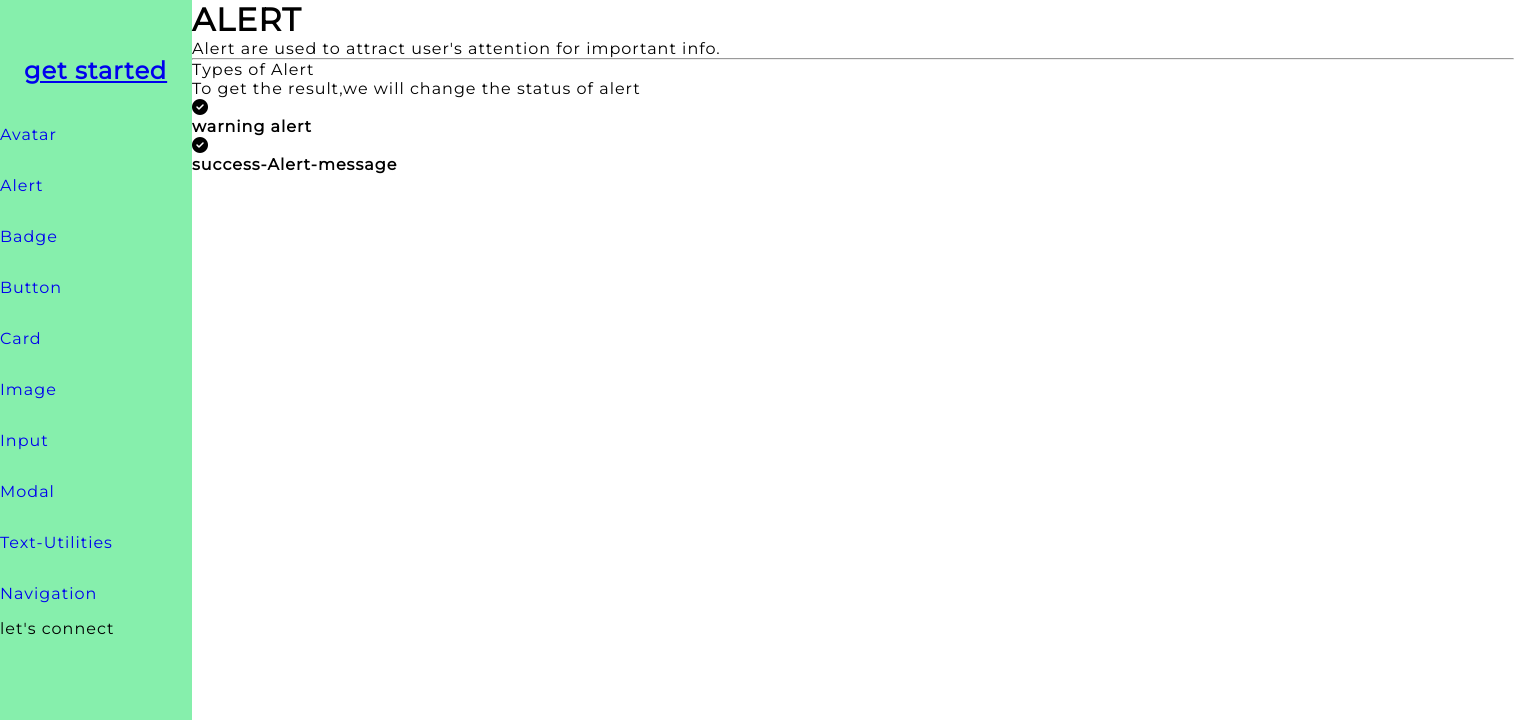
Repository: Anasooya2601/Components_UI
Page: components/Alert/Alert.html
The author's editor kept a copy of each file at every save. The page is drawn from the files as they stood at one save, then again after the next save.
The browser window is 1280 px wide. The page is 1514 px wide, so the pictures cover 1514 px, including what lies to the right of the window. The pictures show the whole page.
Some web libraries are served in a nearby version.

Above is the page before, as saved 2022-02-12 10:38:16.
Not found: components/
Not found: components/Avatar/index.css

### components/Alert/Alert.html
<!DOCTYPE html>
<html lang="en">
<head>
    <meta charset="UTF-8">
    <meta http-equiv="X-UA-Compatible" content="IE=edge">
    <meta name="viewport" content="width=device-width, initial-scale=1.0">
    <title>Alert</title>
    <link rel="stylesheet" href="/main/main.css">
    <link rel="stylesheet" href="../comp.css">
    <link rel="stylesheet" href="https://cdnjs.cloudflare.com/ajax/libs/font-awesome/4.7.0/css/font-awesome.min.css">
    <script src="https://kit.fontawesome.com/e70e2d0aa4.js" crossorigin="anonymous"></script>
</head>
<body><!-- main -->
    <div class="main-container">
        <div class="navbar-wrapper">

            <div class="nav">
                <div class="navbar-header">
                <div class="logo">
                    <a href="/index.html"></a>
                 </div>
                </div>
            </div>

        <!-- topics -->
        <a href="/main/main.html" class="text">get started</a>
        <div class="navbar-main">
            <a href="/components/Avatar/index.html">Avatar</a>
            <a href="/components/Alert/alert.html">Alert</a>
            <a href="/components/Badge/badge.html">Badge</a>
            <a href="/components/Button/button.html">Button</a>
             <a href="/components/Card/card.html">Card</a>
             <a href="/components/Image/image.html">Image</a>
             <a href="/components/Input/input.html">Input</a>
            <a href="/components/Modal/modal">Modal</a>
            <a href="/components//TextUtilities/textutilities">Text-Utilities</a>
            <a href="/components/Navigation/navigation">Navigation</a>
        </div>
        <!-- footer -->
        <div class="footer">
            <div class="footer-text">
                <p>let's connect</p>
            </div>
        </div>
        </div>

  <!-- Alert component -->
    <div class="header">
        <div class="section-header">
            <div>
                <h1 class="text-header">ALERT</h1>
                    <p class="para">
                       Alert are used to attract user's attention for important info.
                    </p>
              <hr>

            </div>
        </div>
        <div class="section-main">

<div class="alert-info">Types of Alert
<p>To get the result,we will change the status of alert</p>
<div class="alert_main">
    <div class="alert alert-warning">
        <div class="alert-warning">
            <i class="fas fa-check-circle"></i>
            <h4>warning alert </h4>
        </div>
    </div>
    <div class="alert alert-success">
        <div class="alert-message">
            <i class="fas fa-check-circle"></i>
            <h4>success-Alert-message</h4>
        </div>
    </div>
            </div>
        </div>
    </div>
</div>
</body>
</html>

### main/main.css
@import url('https://fonts.googleapis.com/css2?family=Montserrat&display=swap');
*{
    margin: 0;
    padding: 0;
    box-sizing: border-box;
}

body{
    letter-spacing: 1px;
}

/* color variable */
:root{
    font-family: 'Montserrat', sans-serif;
    font-weight: 400;
    --main-color:#fca5a5;
    --green:#86efac;
}

/* logo */
.logo{
    display: flex;
    justify-content: center;
}

.logo a{
    color: var(--main-color);
    font-size: 2.5rem;
    display: flex;
    align-items: flex-end;
}




.main-container{
    display: flex;
}

.text{
    font-size: 1.5rem;
    margin: 1.5rem;
    font-weight: bold;
}
/* navbar */
.navbar-wrapper{
    width: 15%;
    height: 100vh;
    font-size: 1rem;
    flex-direction: column;
    overflow-y: scroll;
display: flex;
flex-shrink: 0;
background-color: var(--green);
}
.nav{
    display: flex;
    flex-direction: column;
}
.navbar-main{
    display: flex;
    flex-direction: column;
}
.navbar-main a{
  border-radius: 40px;
  padding: 1rem 0rem 1rem 0rem;
  letter-spacing: 1px;
  transition: 0.3s all ease-in-out;
  text-decoration: none;
}
.navbar-header{
    border-bottom: var(--main-color);
    padding: 1rem;
}
hr{
    width:250%;
    text-align:left;
    margin-left:0;
    }

### components/comp.css
@import "./Alert/alert.css";
@import "./Avatar/index.css";
@import "./Button/button.css";
@import "../main/main.css";
@import"./";
@import"./";
@import"./";
@import"";
@import"";

### components/Button/button.css
@import url('https://fonts.googleapis.com/css2?family=Montserrat:ital@1&family=Roboto:ital,wght@0,400;1,300&family=Space+Grotesk:wght@700&display=swap');
.main-text{
    margin: 2rem 0;
}

.btn-container{
display: flex;
flex-wrap: wrap;
margin-top: 1.5rem;
gap: 1rem;
align-items: center;


}

.btn {
border:none;
background-color: none;
outline: none;
padding: 0.5rem 1rem;
border: 5px;
border-radius: 5px;
font-size: 1.1rem;
cursor: pointer;
color: #0e9aeb;
font-family: 'Gill Sans', 'Gill Sans MT', Calibri, 'Trebuchet MS', sans-serif;
}

.primary{
    background-color:#fbbf24 ;

}
.secondary{
    background-color: #fca5a5;
}
.danger{
    background-color: #bef264;
}
.success{
    background-color: #0369a1;
}
.warning{
    background-color: #ded48f;
}

/* outlined-button */
.outlined-sub{
    margin-top: 1.5rem;
}
.outlined-btn{
border-radius: 8px;
font-size: 1.1rem;
letter-spacing: 1px;
color:#0369a1;
background-color: white;
cursor: pointer;
padding: 0.5rem;
gap: 1rem;
}
.outlined-primary{
    border: 0.5px solid #0369a1;
}
.outlined-secondary{
    border: 0.5px solid #0369a1;
}
.outlined-warning{
    border: 0.5px solid #0369a1;
}
.outlined-attention{
    border: 0.5px solid #0369a1;
}
.btn-icon{
background-color: white;
cursor: pointer;
}
/* icon-btn */


/* floating-btn */
.btn-float{
    color: white;
    background-color: #0e9aeb;
    padding: 0.6rem 1rem;
    box-shadow: #ded48f 0px 8px 16px;
}

Loaded but not shown: components/Alert/Alert.css (no stored copy; drawn as an empty file)

After the next save:
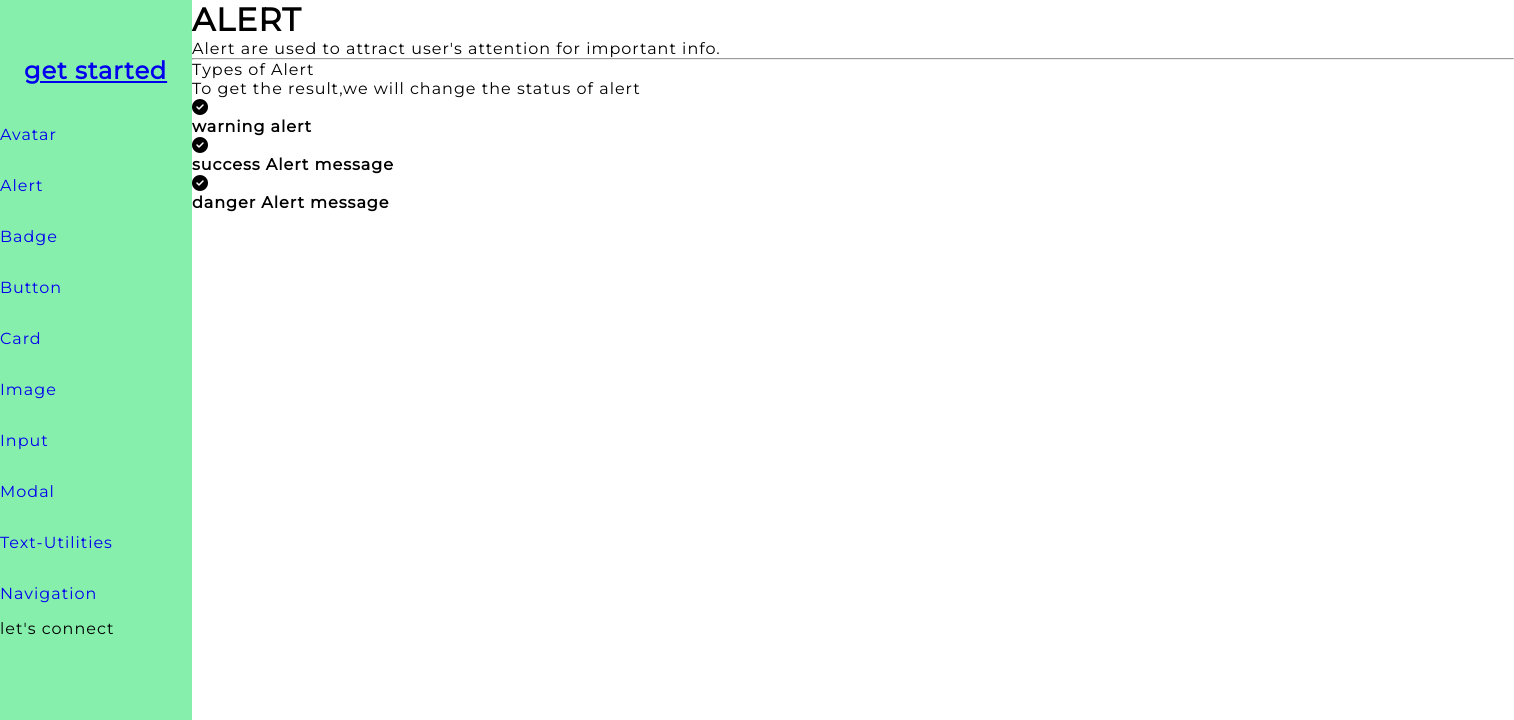
Saved 38 s later.
--- a/components/Alert/Alert.html
+++ b/components/Alert/Alert.html
@@ -70,7 +70,13 @@
     <div class="alert alert-success">
         <div class="alert-message">
             <i class="fas fa-check-circle"></i>
-            <h4>success-Alert-message</h4>
+            <h4>success Alert message</h4>
+        </div>
+    </div>
+    <div class="alert alert-danger">
+        <div class="alert-danger">
+            <i class="fas fa-check-circle"></i>
+            <h4>danger Alert message</h4>
         </div>
     </div>
             </div>
